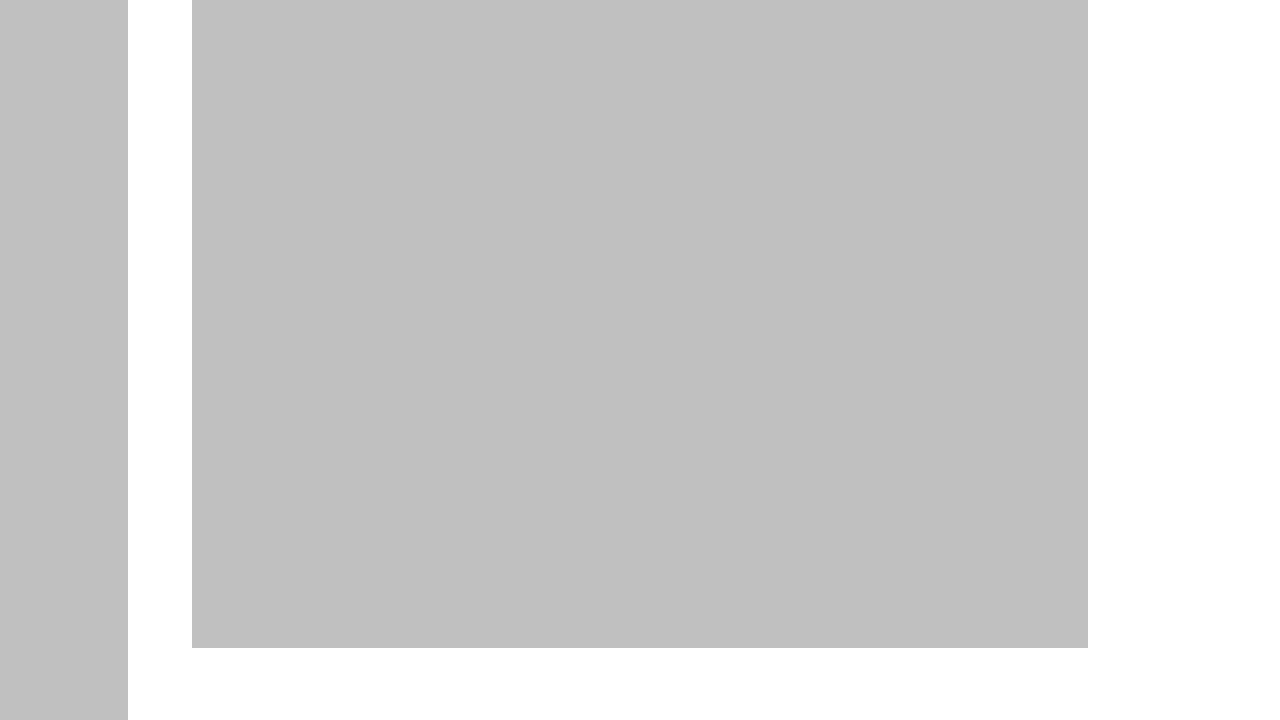
Repository: OrionDevelopers/projectwall
Page: http://localhost/slidePresenter.php
An editor plug-in stored every save of this project. The page is shown before and after the next save, followed by the edit.
The browser window is 1280 px wide. The pictures show the whole page.
The page is run by PHP 8.4 with error messages shown; the project is at /var/www/html/.

Above is the page before, as saved 2013-04-20 16:20:04.

### slidePresenterPrototype2/presenterPrototype2/slidePresenter.php
<!DOCTYPE html>
<html>
	<head>
		<title>Slide Presenter </title>
		<link href="css/slidePresenter.css" rel="stylesheet"/>
		<script src="js/kinetic-v4.4.1.js" type="text/javascript"></script>
		<script src="js/slidePresenter.js" type="text/javascript"></script>
	</head>
	<body>
		<div id='menuBar'></div>
		<div id='container'></div>
	</body>
</html>

### slidePresenterPrototype2/presenterPrototype2/css/slidePresenter.css
*{
	padding:0px;
	margin:0px;
}
body,html{
	height:100%;
	width:100%;
}
#menuBar{
	float:left;
	height:100%;
	width:10%;
	background-color: silver;
}
#container{
	height:90%;
	width:70%;
	margin-left:auto;
	margin-right:auto;
	background-color:silver;
}

Loaded but not shown: slidePresenterPrototype2/presenterPrototype2/js/kinetic-v4.4.1.js (library); slidePresenterPrototype2/presenterPrototype2/js/slidePresenter.js (no copy from this time; the picture is the same without it)

After the next save:
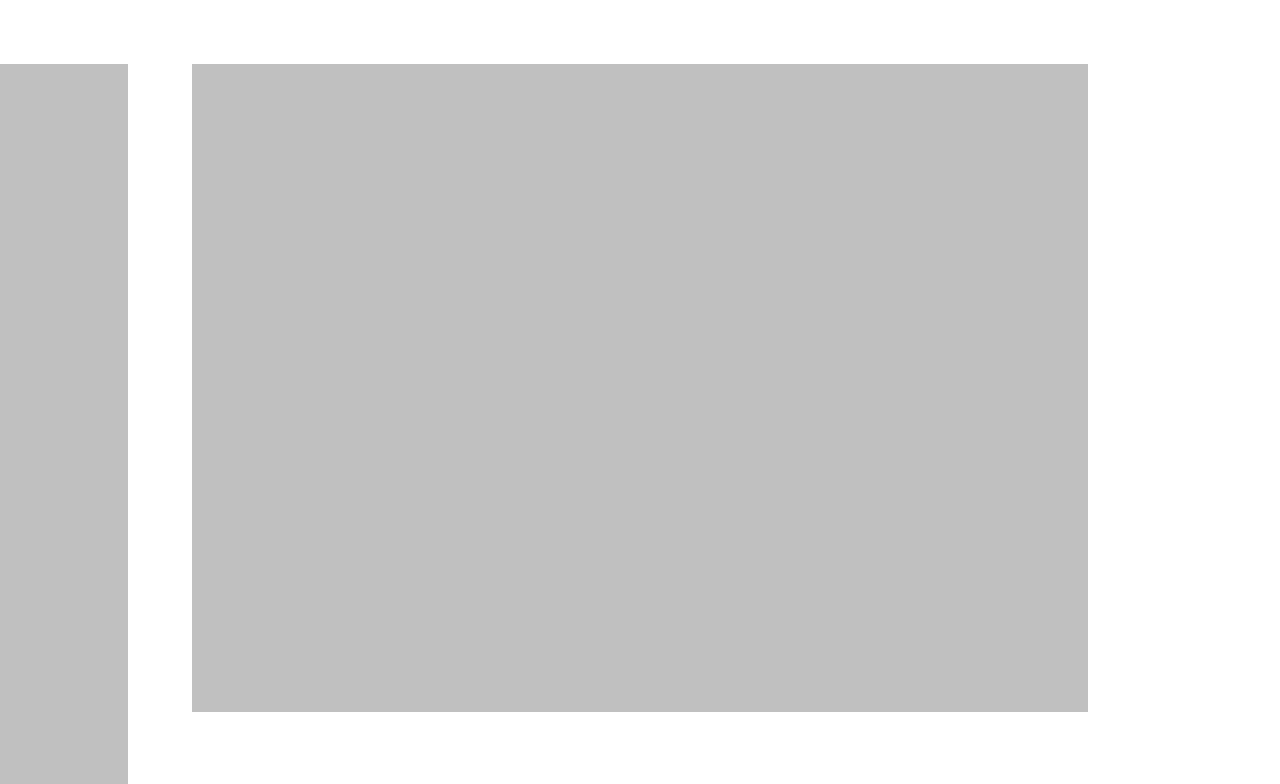
Saved 3 min 0 s later.
--- a/slidePresenterPrototype2/presenterPrototype2/css/slidePresenter.css
+++ b/slidePresenterPrototype2/presenterPrototype2/css/slidePresenter.css
@@ -15,6 +15,7 @@ body,html{
 #container{
 	height:90%;
 	width:70%;
+	margin-top:5%;
 	margin-left:auto;
 	margin-right:auto;
 	background-color:silver;
